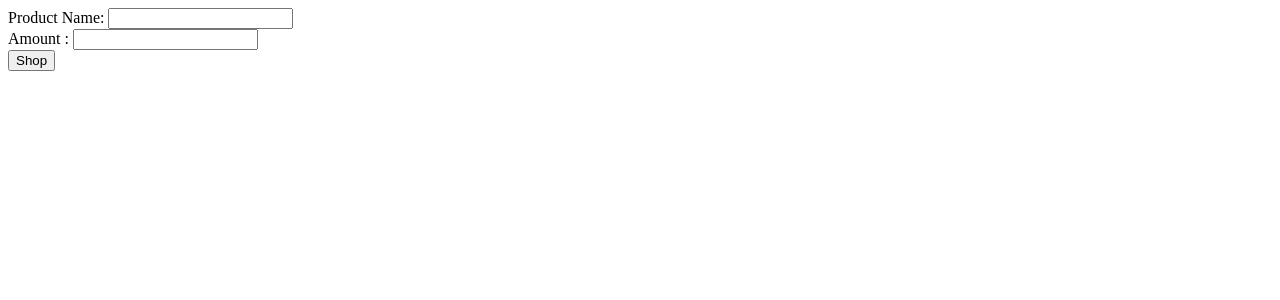
Repository: javeed512/simplilearn
Page: SessionDemo/WebContent/index.html
These files come from the project's save history. The page is drawn as it stood at one moment and after the next save; the edit follows.
The browser window is 1280 px wide. The pictures show the whole page.

Above is the page before, as saved 2020-12-13 18:28:34.

After the next save:
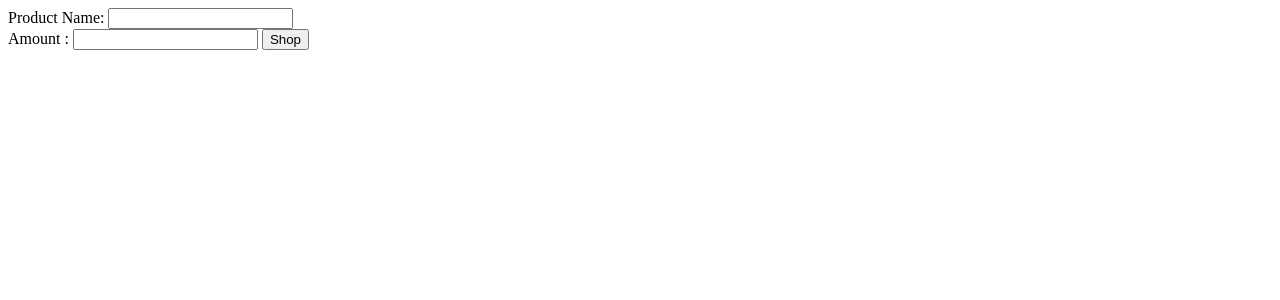
Saved 30 s later.
--- a/SessionDemo/WebContent/index.html
+++ b/SessionDemo/WebContent/index.html
@@ -8,8 +8,8 @@
 
 <form  action ="Flipkart">
 
-Product Name: <input type ="text" name="pname"/> <br/>
-Amount : <input type="text" name="amount"/><br/>
+Product Name: <input type ="text" name="pname"> <br/>
+Amount : <input type="text" name="amount">
 
 <button type="submit">Shop</button>
 
